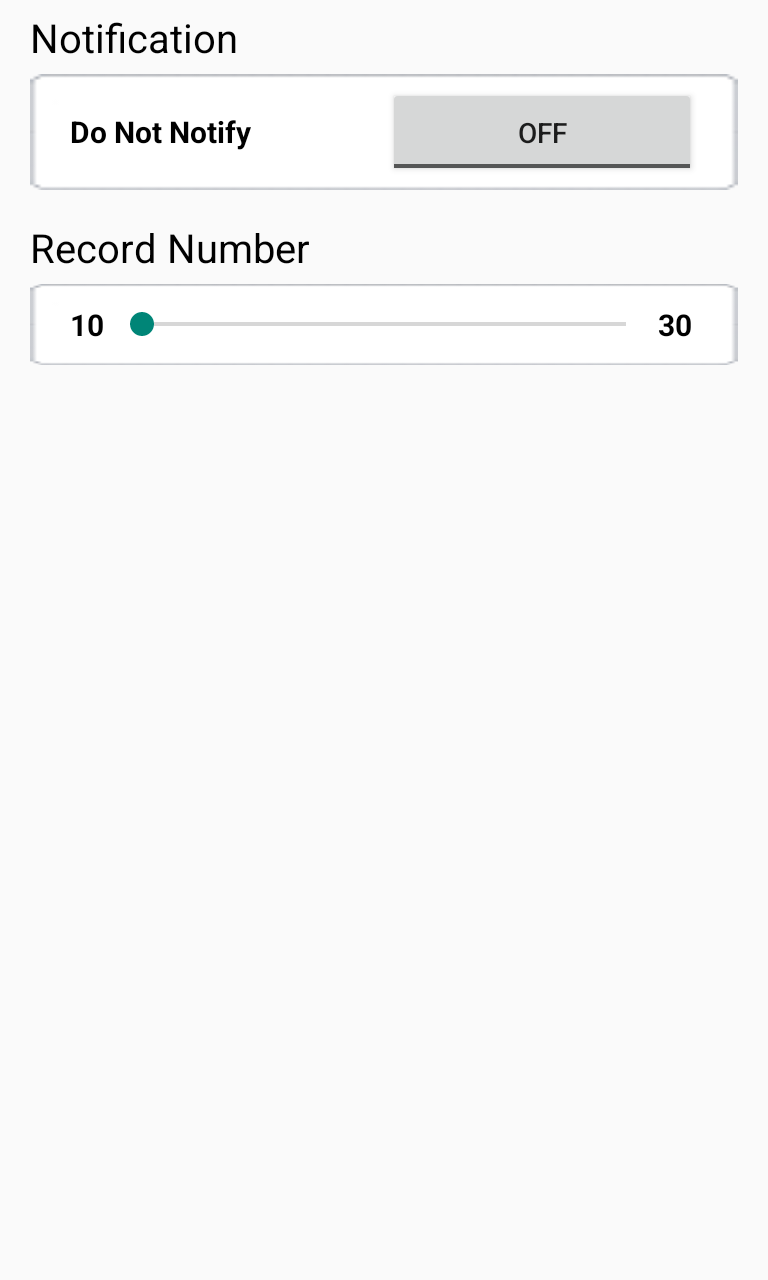
Repository: GitDidNotExitCleanly/AndroidTimer
Layout: G54MDP_Stopwatch/res/layout/fragment_settings.xml
The author's editor kept a copy of each file at every save. The layout is drawn from the files as they stood at one save, then again after the next save.
It is drawn on a 768 x 1280 px phone screen (xhdpi) without system bars, with theme AppTheme; the app's code is not run.

Above is the layout before, as saved 2015-03-09 12:10:18.

After the next save:
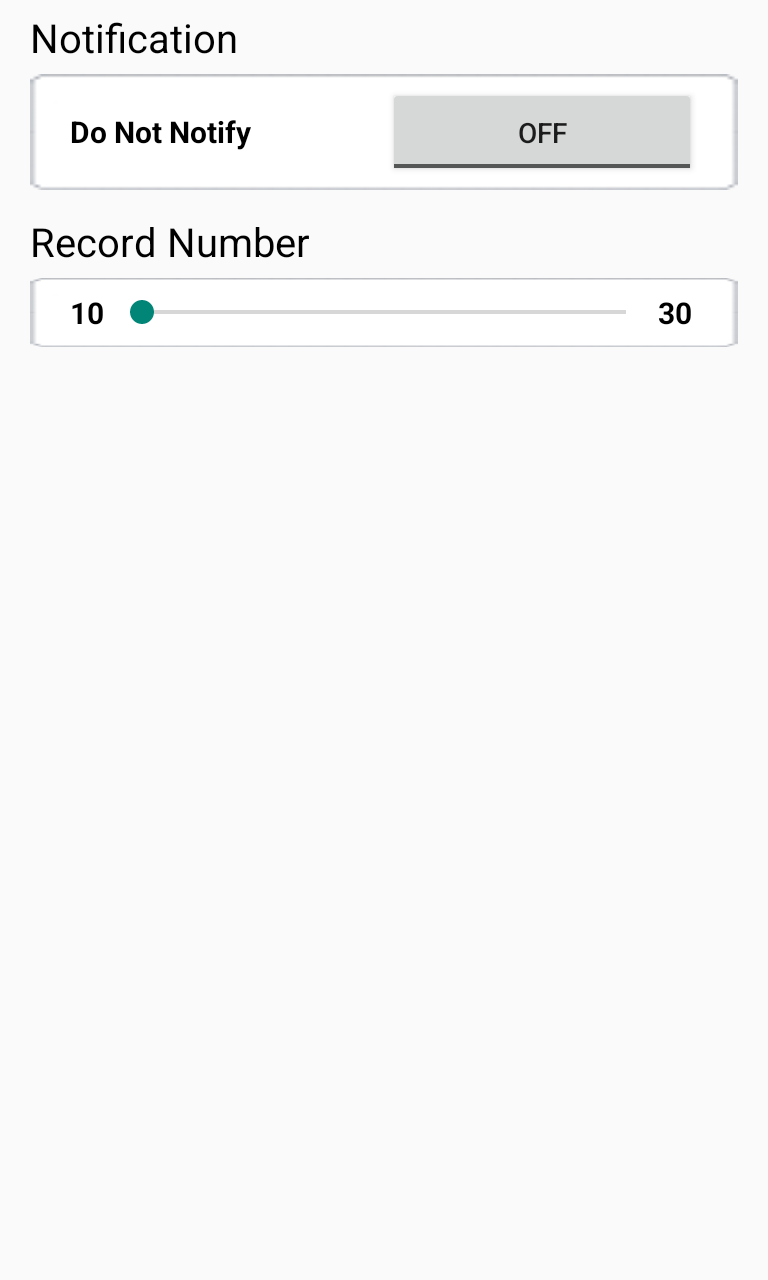
Saved 72 s later.
--- a/G54MDP_Stopwatch/res/layout/fragment_settings.xml
+++ b/G54MDP_Stopwatch/res/layout/fragment_settings.xml
@@ -57,8 +57,8 @@
         android:layout_width="match_parent"
         android:layout_height="wrap_content"
         android:orientation="vertical"
-        android:layout_marginTop="5dp"
-        android:layout_marginBottom="5dp"
+        android:layout_marginTop="2dp"
+        android:layout_marginBottom="2dp"
         android:layout_marginLeft="15dp"
         android:layout_marginRight="15dp" >
 
@@ -77,8 +77,8 @@
             android:background="@drawable/settings_border"
             android:gravity="center"
             android:orientation="horizontal"
-            android:paddingTop="10dp"
-            android:paddingBottom="10dp"
+            android:paddingTop="7dp"
+            android:paddingBottom="7dp"
             android:paddingLeft="20dp"
             android:paddingRight="20dp" >
 
